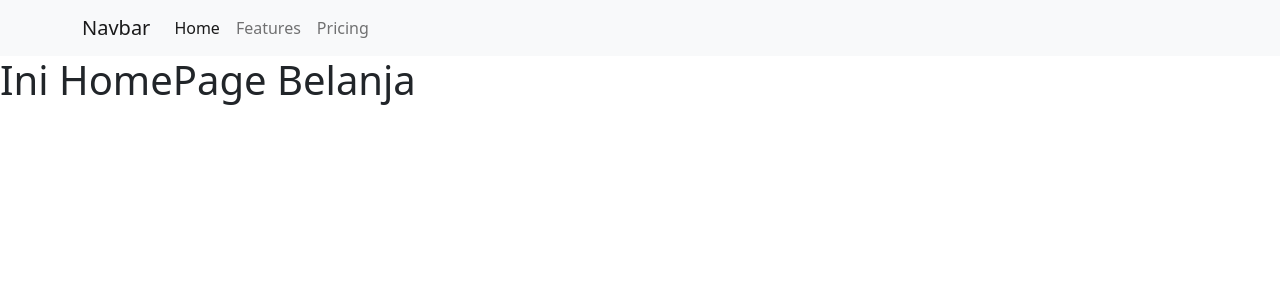
Repository: roningrum/ecommerce_dts
Page: http://localhost/home
An editor plug-in stored every save of this project. The page is shown before and after the next save, followed by the edit.
The browser window is 1280 px wide. The pictures show the whole page.
The page is served by the project's application, run on Django 4.2 (ecommerce/manage.py).

Above is the page before, as saved 2023-06-04 12:19:28.

After the next save:
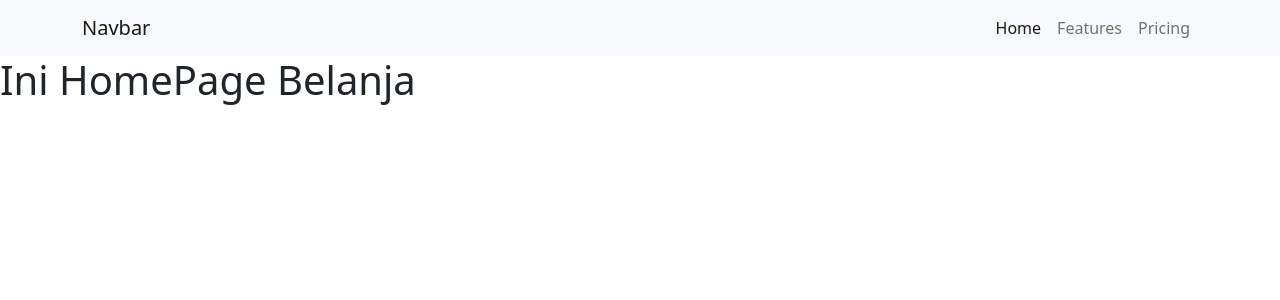
Saved 19 s later.
--- a/ecommerce/shop/templates/shop/include/navbar.html
+++ b/ecommerce/shop/templates/shop/include/navbar.html
@@ -5,7 +5,7 @@
         <span class="navbar-toggler-icon"></span>
       </button>
       <div class="collapse navbar-collapse" id="navbarNav">
-        <ul class="navbar-nav">
+        <ul class="navbar-nav ms-auto">
           <li class="nav-item">
             <a class="nav-link active" aria-current="page" href="#">Home</a>
           </li>
